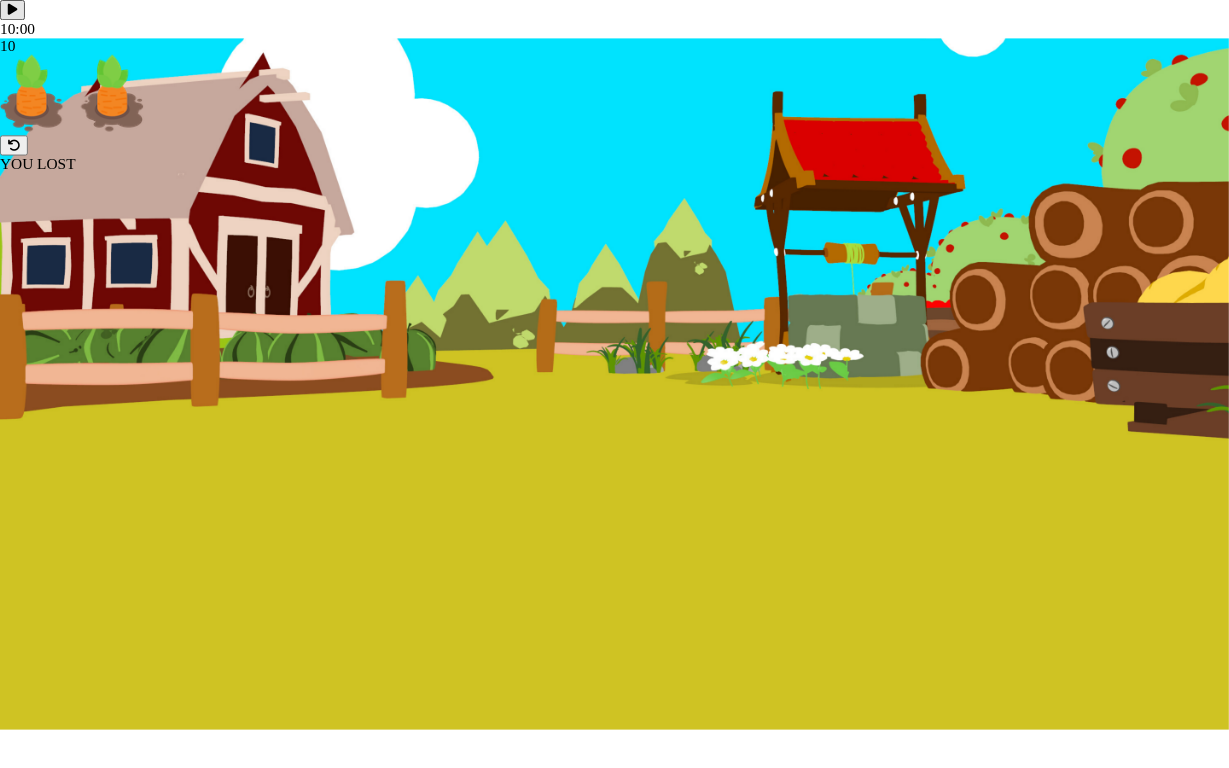
Repository: keehoonjung/Bug-Game
Page: index.html
These files come from the project's save history. The page is drawn as it stood at one moment and after the next save; the edit follows.
The browser window is 1280 px wide. The pictures show the whole page, at 96% of full size.
Some web libraries are served in a nearby version.

Above is the page before, as saved 2021-08-10 10:43:23.

After the next save:
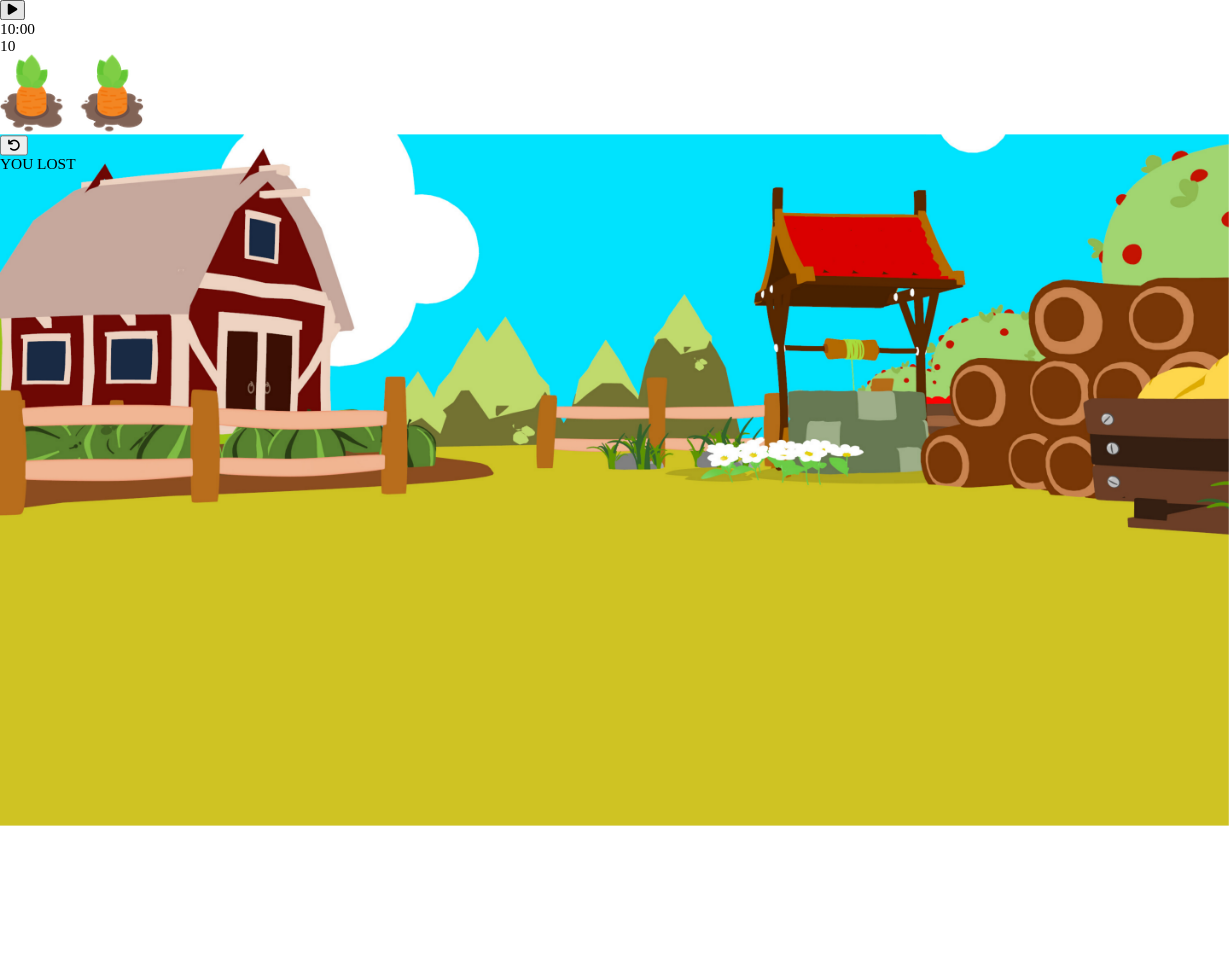
Saved 4 s later.
--- a/style.css
+++ b/style.css
@@ -7,5 +7,5 @@ body {
 }
 .container {
   background: center / 100% no-repeat url(/img/background.png);
-  height: 800px;
+  height: 1000px;
 }
